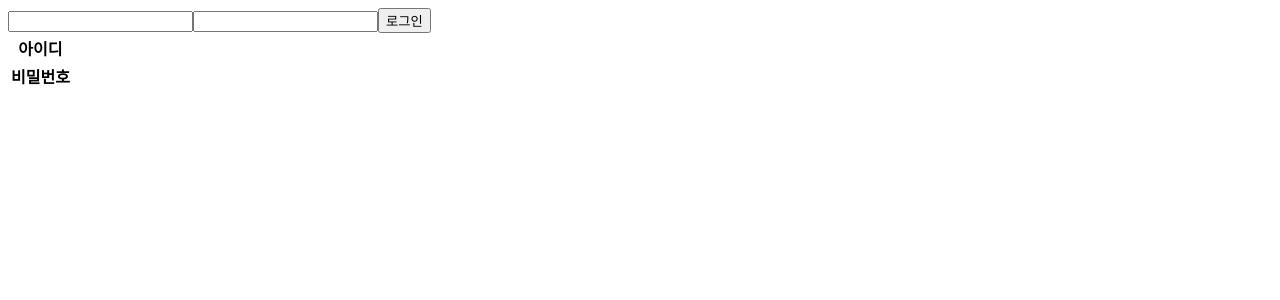
Repository: hyeri-seo/JSP
Page: http://localhost/Hello/login.jsp
These files come from the project's save history. The page is drawn as it stood at one moment and after the next save; the edit follows.
The browser window is 1280 px wide. The pictures show the whole page.
The page is served by Tomcat 9.

Above is the page before, as saved 2023-09-19 03:34:33.

After the next save:
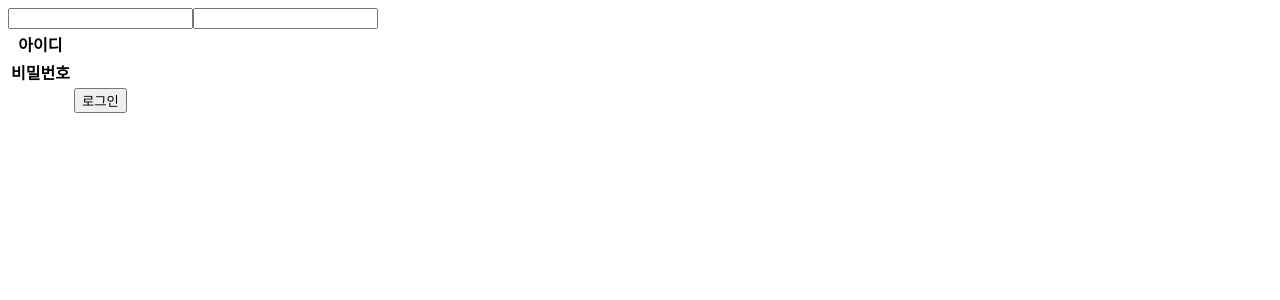
Saved 7 s later.
--- a/Hello/src/main/webapp/login.jsp
+++ b/Hello/src/main/webapp/login.jsp
@@ -11,7 +11,7 @@
 <table>
 	<tr><th>아이디</th></tr><input type="text" name="id"/></td></tr>
 	<tr><th>비밀번호</th></tr><input type="password" name="password"/></td></tr>
-	<tr><td></td><input type="submit" value="로그인"/></td></tr>
+	<tr><td></td><td><input type="submit" value="로그인"/></td></tr>
 
 </table>
 </body>
